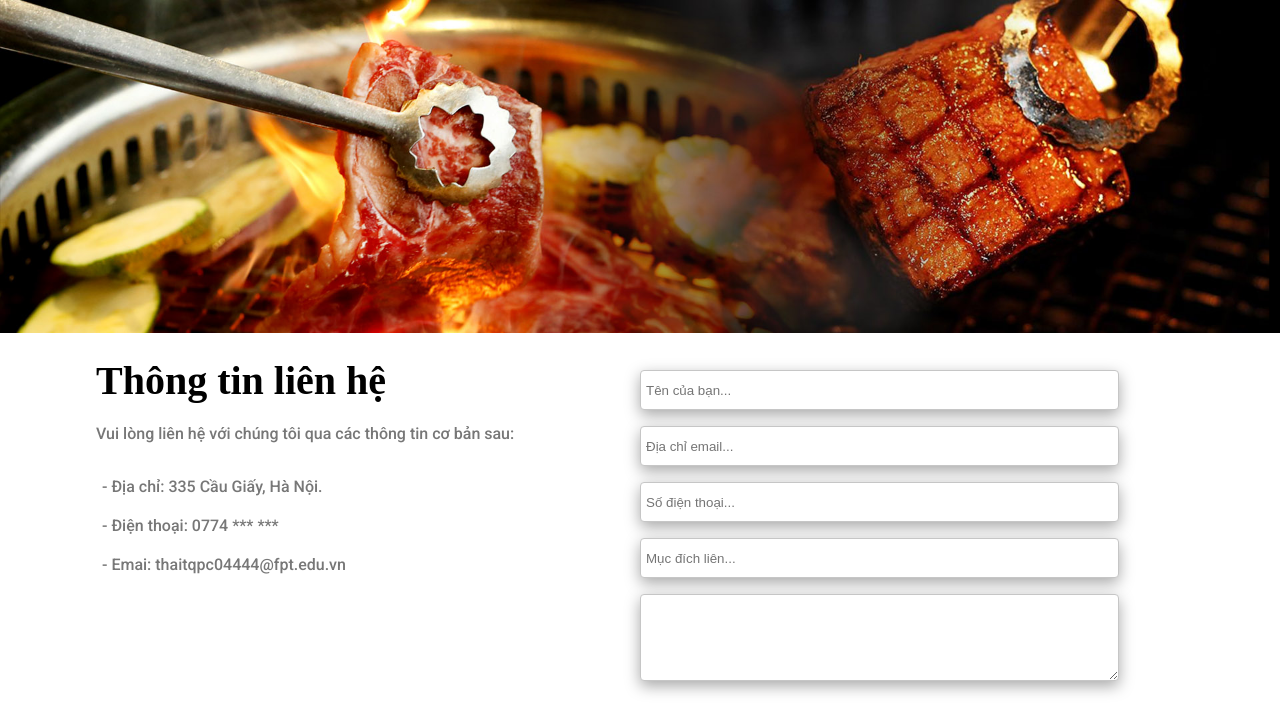
Repository: QUANGTHAI2003/sunhomesbbq
Page: LienHe.html
These files come from the project's save history. The page is drawn as it stood at one moment and after the next save; the edit follows.
The browser window is 1280 px wide. The pictures show the whole page.
The pointer rests on the first visible `.enter-info textarea`.
Some web fonts or font styles are not loaded; a fallback is used.

Above is the page before, as saved 2022-02-14 15:37:25.

### LienHe.html
<!DOCTYPE html>
<html lang="en">
<head>
    <meta charset="UTF-8">
    <meta http-equiv="X-UA-Compatible" content="IE=edge">
    <meta name="viewport" content="width=device-width, initial-scale=1.0">
    <link rel="stylesheet" href="style.css">
    <link href='https://unpkg.com/boxicons@2.1.1/css/boxicons.min.css' rel='stylesheet'>
    <link href="https://fonts.googleapis.com/css2?family=Roboto:wght@300;500;700&display=swap" rel="stylesheet">
    <link href="https://fonts.googleapis.com/css2?family=Berkshire+Swash&display=swap" rel="stylesheet">
    <title>Document</title>
</head>
<body>
    <img src="img/banner.jpg" width="100%" top="0" alt="">
    <div class="wrapper">
        <div class="LH">
            <div class="info-LH">
                <h3 class="heading-LH">Thông tin liên hệ</h3>
                <p>Vui lòng liên hệ với chúng tôi qua các thông tin cơ bản sau:</p>
                <ul>
                    <li>- Địa chỉ: 335 Cầu Giấy, Hà Nội.</li>
                    <li>- Điện thoại: 0774 *** ***</li>
                    <li>- Emai: thaitqpc04444@fpt.edu.vn</li>
                </ul>
            </div>
            <div class="enter-info">
                <input type="text" placeholder="Tên của bạn...">
                <input type="email" placeholder="Địa chỉ email...">
                <input type="tel" pattern="0[0-9]{9}" maxlength="10" required placeholder="Số điện thoại...">
                <input type="text" placeholder="Mục đích liên...">
                <textarea rows="5" cols="75"></textarea>
            </div>
        </div>
    </div>
</body>
</html>

### style.css
* {
    margin: 0;
    padding: 0;
    box-sizing: border-box;
}

html {
    scroll-behavior: smooth;
    font-family: 'Roboto', sans-serif;
}
.container {
    overflow: hidden;
}

.header {
    height: 100px;
    background-color: #000;
    position: fixed;
    top: 0;
    right: 0;
    left: 0;
}

.header img {
    padding: 8px;
    width: 350px;
}
/* Navigation bar */

.nav {
    max-width: 85%;
    display: flex;
    flex-wrap: wrap;
}

#logo {
    float: left;
    padding: 0 100px;
}

@media screen and (max-width: 1400px) {
    #logo {
        padding: 6px 50px;
    }
    .header img {
        width: 300px;
    }
    .nav a {
        font-size: 14px;
    }
}

.nav > ul {
    flex-wrap: wrap;
}

.nav li {
    list-style: none;
    line-height: 100px;
    font-weight: 500;
}

.nav li a {
    color: #c6c6c6;
    padding: 6px 15px;
    text-decoration: none;
}
.nav li a:active,
.nav li a:hover {
    color: #f3e385;
    font-weight: bold;
}
.nav li:active a {
    color: #f3e385;
    font-weight: bold;
}

.nav li:last-child a {
    border: 1px solid #c6c6c6;
    border-radius: 5px;
    text-transform: none;
}

.nav li:last-child a:hover {
    background-color: #f3e385;
    color: #000;
}
/* Content */
.content {
    height: 100vh;
}

.section-heading {
    font-family: 'Berkshire Swash', cursive;
    font-size: 30px;
    letter-spacing: 2px;
    word-spacing: 8px;
}

.content-section-sunhomes {
    display: flex;
    max-width: 85%;
    background-size: cover;
    background-position: 50% 50%;
    margin: 0 auto;
    padding: 24px;
}

.section-left-sunhomes {
    padding: 0 15px 30px;
    width: 50%;
}

.section-left-sunhomes .section-heading {
    font-size: 50px;
    margin: 0 0 15px;
}

.section-left-sunhomes .section-content {
    font-size: 16px;
    margin: 0 0 20px;
    line-height: 1.4;
    color: #777777;
}

.section-left-sunhomes .section-content span {
    font-weight: 700;
}
.section-images-sunhomes {
    flex-basis: 50%;
}

.section-images-sunhomes img {
    width: 300px;
    height: 400px;
    flex-basis: 50%;
    padding: 15px;
}

@media screen and (max-width: 1480px) {
    .section-images-sunhomes img {
        width: 280px;
    }
}

@media screen and (max-width: 1400px) {
    .section-images-sunhomes img {
        width: 250px;
    }
}

@media screen and (max-width: 1280px) {
    .section-images-sunhomes img {
        width: 200px;
    }
}

.img-1 {
    display: inline-block;
    overflow: hidden;
    position: relative;
}

.img-1 img {
    transition: all 0.5s ease-in-out;
}

.img-1:hover img {
    -webkit-transform: scale(1.1);
    transform: scale(1.1);
}

.img-2 {
    display: inline-block;
    overflow: hidden;
    position: relative;
}

.img-2 img {
    transition: all 0.5s ease-in-out;
}

.img-2:hover img {
    -webkit-transform: scale(1.1);
    transform: scale(1.1);
}

.content-section-menu {
    display: flex;
    max-width: 85%;
    background-size: cover;
    background-position: 50% 50%;
    margin: 0 auto;
    padding: 24px;
}
.section-images-menu {
    display: flex;
}

.section-right-menu {
    flex: 1;
    padding: 30px 30px;
}

.section-right-menu .section-heading {
    color: #c0c0c0;
    font-size: 50px;
    margin: 0 15px;
}

.section-right-menu .section-content {
    font-size: 16px;
    margin: 0 20px;
    line-height: 1.4;
    color: #777777;
}

.section-right-menu .section-content span {
    font-weight: 700;
}
.section-images-menu {
    flex: 1;
}

.img-3 {
    filter: grayscale(100%);
}

.img-3:hover {
    filter: grayscale(0%);
    transition: 0.8s;
}

.img-4 {
    filter: grayscale(100%);
}

.img-4:hover {
    filter: grayscale(0%);
    transition: 0.8s;
}

.img-5 {
    filter: grayscale(100%);
}

.img-5:hover {
    filter: grayscale(0%);
    transition: 0.8s;
}

.img-6 {
    filter: grayscale(100%);
}

.img-6:hover {
    filter: grayscale(0%);
    transition: 0.8s;
}

.section-images-menu img {
    width: 280px;
    height: 200px;
    flex-basis: 25%;
    padding: 15px;
}

.bg-menu {
    background-color: #000;
    height: 480px;
}

.btn-menu {
    display: inline-block;
    color: #c0c0c0;
    font-size: 18px;
    padding: 10px 20px;
    border: 1px solid #c6c6c6;
    border-radius: 5px;
    text-transform: none;
    margin: 12px 20px;
}

.btn-menu:hover {
    color: #555;
    background: #ccc;
    font-weight: bold;
}

.btn-menu .icon-menu {
    color: #c0c0c0;
    font-size: 16px;
}

.btn-menu:hover .icon-menu {
    color: #555;
    background: #ccc;
    font-weight: bold;
}

.icon-menu:hover {
    color: #ccc;
    background: #000;
}

.btn-res {
    display: inline-block;
    color: #727272;
    font-size: 18px;
    padding: 10px 20px;
    border: 1px solid #727272;
    border-radius: 5px;
    text-transform: none;
    font-weight: bold;
}

.btn-res:hover {
    color: #ccc;
    background: #555;
    font-weight: bold;
}

.btn-res .icon-menu {
    color: #000;
    font-size: 16px;
}

/* Footer */
.footer {
    background: #000;
    font-size: 14px;
    line-height: 1.4;
}

.copyright {
    display: flex;
    max-width: 80%;
    margin: 0 auto;
    justify-content: space-between;
    color: #ffffff80;
    padding: 1px;
    bottom: 0;
    top: 0;
}

.sign-now {
    background: url(./img/banner.jpg);
    background-color: rgba(0, 0, 0, 0.84);
    width: 100%;
    height: 100px;
    background-size: 100%;
}

.endow {
    max-width: 80%;
    margin: 0 auto;
    opacity: 1;
}

.sign-now span {
    color: black;
    line-height: 100px;
    margin: 0 20px;
    font-size: 18px;
    font-weight: 500;
}

.sign-now .endow #Email {
    width: 360px;
    height: 40px;
    border-radius: 20px;
    padding: 0 15px;
    margin: 0 5px 0 120px;
    background: rgba(204, 204, 204, 0.4);
    outline: none;
}

.sign-now .endow #Email::placeholder {
    color: #fff;
    font-size: 18px;
}

.sign-now .endow #sign {
    width: 150px;
    height: 40px;
    border-radius: 8px;
    background: #f3e385;
}

.sign-now .endow #sign::placeholder {
    color: #000;
    font-size: 18px;
    font-weight: bold;
}

.sign-now .endow #sign:hover {
    opacity: 0.8;
}

@media screen and (max-width: 1400px) {
    .sign-now span {
        font-size: 16px;
    }

    .sign-now .endow #Email {
        margin: 0 5px 0 60px;
        width: 200px;
    }

    .sign-now .endow #sign {
        width: 120px;
    }
}

.brand {
    display: flex;
    height: 100px;
    justify-content: space-between;
    align-items: center;
    margin: 0 auto;
    max-width: 85%;
}

.brand img {
    width: 8%;
    height: 50px;
}

.brand1 {
    filter: grayscale(100%);
}

.brand1:hover {
    filter: grayscale(0%);
    transition: 0.8s;
}

.brand2 {
    filter: grayscale(100%);
}

.brand2:hover {
    filter: grayscale(0%);
    transition: 0.8s;
}

.brand3 {
    filter: grayscale(100%);
}

.brand3:hover {
    filter: grayscale(0%);
    transition: 0.8s;
}

.brand4 {
    filter: grayscale(100%);
}

.brand4:hover {
    filter: grayscale(0%);
    transition: 0.8s;
}

.brand5 {
    filter: grayscale(100%);
}

.brand5:hover {
    filter: grayscale(0%);
    transition: 0.8s;
}

.brand6 {
    filter: grayscale(100%);
}

.brand6:hover {
    filter: grayscale(0%);
    transition: 0.8s;
}

.brand7 {
    filter: grayscale(100%);
}

.brand7:hover {
    filter: grayscale(0%);
    transition: 0.8s;
}

.brand8 {
    filter: grayscale(100%);
}

.brand8:hover {
    filter: grayscale(0%);
    transition: 0.8s;
}

.brand9 {
    filter: grayscale(100%);
}

.brand9:hover {
    filter: grayscale(0%);
    transition: 0.8s;
}

.brand10 {
    filter: grayscale(100%);
}

.brand10:hover {
    filter: grayscale(0%);
    transition: 0.8s;
}

#myBtn {
    position: fixed;
    bottom: 30px;
    right: 10px;
    float: right;
    right: 5%;
    left: 95%;
    max-width: 30px;
    width: 80px;
    height: 30px;
    font-size: 20px;
    border-color: rgba(85, 85, 85, 0.2);
    background-color: rgb(100, 100, 100);
    padding: 1px;
    border-radius: 60px;
}

.arrow {
    font-size: 20px;
    padding: 1px 0;
}

#myBtn:hover {
    opacity: 0.8;
}

/* Gioi Thieu */
.wrapper {
    display: flex;
    max-width: 85%;
    margin: 0 auto;
}

.heading-GT {
    display: inline-block;
    font-size: 24px;
    padding: 10px 90px;
    font-weight: bold;
}

.para-GT {
    line-height: 1.4;
    margin: 20px 0;
    color: #777777;
}

.Gioi-Thieu1,
.Gioi-Thieu2 {
    width: 600px;
    margin: 30px 30px;
}

.Gioi-Thieu1 img,
.Gioi-Thieu2 img {
    width: 600px;
}

@media screen and (max-width: 1400px) {
    .Gioi-Thieu1,
    .Gioi-Thieu2 {
        width: 500px;
        margin: 30px 15px;
    }

    .Gioi-Thieu1 img,
    .Gioi-Thieu2 img {
        width: 500px;
    }

    .heading-GT {
        display: inline-block;
        font-size: 20px;
        padding: 10px 70px;
        font-weight: bold;
    }
}

/* Dat Ban */

.DB {
    display: flex;
}

.set-table {
    margin: 30px 12px;
    flex: 1;
}

.set-table p {
    margin: 16px 0;
}

.set-table ul {
    list-style: none;
    margin-bottom: 80px;
}

.set-table ul li {
    margin: 8px 0;
    padding: 6px;
    border-bottom: 1px solid rgba(0, 0, 0, 0.4);
    color: #777777;
    font-size: 16px;
}

.set-table ul li .arrow-right {
    margin-right: 6px;
}

.heading-DB {
    font-size: 40px;
    font-family: 'Berkshire Swash';
}

.set-table-info {
    margin: 25px 12px 15px;
    flex: 1;
}

.set-table-info input {
    border: 1px solid #c6c6c6;
    display: inline-block;
    width: 90%;
    height: 40px;
    margin: 8px 0;
    border-radius: 4px;
    padding: 0 5px;
    outline: none;
    box-shadow: rgba(0, 0, 0, 0.35) 0px 5px 15px;
}

.set-table-info input:focus {
    box-shadow: inset rgba(0, 0, 0, 0.35) 0px 5px 15px;
}

.wrapper .set-table-info #sign {
    width: 140px;
    background-color: #f3e385;
    font-size: 16px;
}

.wrapper .set-table-info #sign:hover {
    box-shadow: inset rgba(0, 0, 0, 0.35) 0px 5px 15px;
    opacity: 0.8;
    cursor: pointer;
    font-weight: bold;
}

/* Thuc don */

.heading-menu {
    display: inline-block;
    position: relative;
    left: 50%;
    transform: translateX(-50%);
    font-size: 36px;
    font-weight: bold;
    padding: 24px;
}

.heading-food {
    margin: 10px 12px;
    font-size: 26px;
    font-weight: bold;
}

.contain {
    width: 85%;
    margin: 0 auto;
    padding: 40px;
    border: 1px solid #c6c6c6;
}

.menu-foods {
    display: flex;
    flex-wrap: wrap;
}

.menu-food {
    width: 360px;
    height: 200px;
    margin: 0 20px 520px 20px;
}

.menu-food .food {
    width: 380px;
    border-radius: 4px;
}

.list-food ul {
    list-style: none;
}

.list-food ul li {
    font-size: 18px;
    border-bottom: 1px solid rgba(148, 134, 134, 0.26);
    padding: 5px 0;
}

.list-food ul li .bx-check {
    margin: 0 8px;
    color: rgba(16, 134, 5, 0.6);
    font-weight: bold;
    font-size: 24px;
}

/* Tuyen dung */

.TD {
    display: flex;
    margin-bottom: 10px;
}

.heading-recruit {
    font-size: 40px;
    font-weight: bold;
    font-family: 'Berkshire Swash';
    padding-top: 20px;
}

.recruit {
    flex: 1;
    margin-right: 30px;
    display: inline-block;
}

.recruit p {
    padding-top: 20px;
    color: #777777;
}

.recruit ul {
    padding-top: 20px;
    list-style: none;
}

.recruit ul li {
    padding: 6px;
    margin: 8px 0;
    border-bottom: 1px solid rgba(0, 0, 0, 0.4);
    font-size: 16px;
    color: #777777;
}

.recruit ul li .bx-check {
    margin: 0 8px;
    color: rgba(16, 134, 5, 0.6);
    font-weight: bold;
    font-size: 24px;
}

.recruit p a {
    color: #334862;
    text-decoration: none;
}

.recruit p a:hover {
    color: #000;
}

.img-TD {
    margin-left: 30px;
    flex: 1;
}

.img-TD img {
    width: 100%;
    height: 70%;
    margin: 16px 8px;
    padding-top: 30px;
}

/* Lien he */

.LH {
    display: flex;
}

.info-LH {
    flex: 1;
}
.heading-LH {
    font-size: 40px;
    font-weight: bold;
    font-family: 'Berkshire Swash';
    padding-top: 20px;
}
.info-LH p {
    padding-top: 20px;
    color: #777777;
}

.info-LH ul {
    padding-top: 20px;
    list-style: none;
}

.info-LH ul li {
    padding: 6px;
    margin: 8px 0;
    font-size: 16px;
    color: #777777;
}
.enter-info {
    flex: 1;
    margin: 25px 12px 15px;
}

.enter-info input {
    border: 1px solid #c6c6c6;
    display: inline-block;
    width: 90%;
    height: 40px;
    margin: 8px 0;
    border-radius: 4px;
    padding: 0 5px;
    outline: none;
    box-shadow: rgba(0, 0, 0, 0.35) 0px 5px 15px;
}

.enter-info input:hover {
    box-shadow: inset rgba(0, 0, 0, 0.35) 0px 5px 15px;
}

.enter-info textarea {
    border: 1px solid #c6c6c6;
    display: inline-block;
    width: 90%;
    margin: 8px 0;
    border-radius: 4px;
    padding: 5px;
    outline: none;
    box-shadow: rgba(0, 0, 0, 0.35) 0px 5px 15px;
}

After the next save:
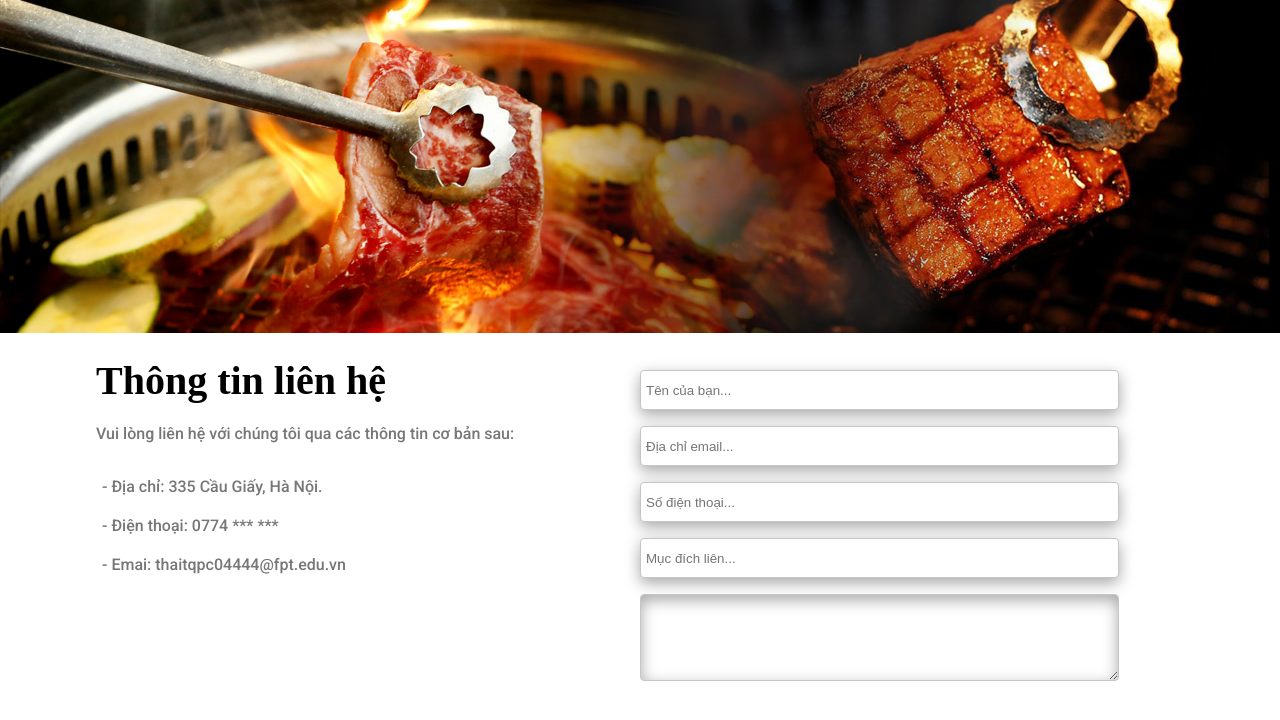
Saved 28 s later.
--- a/style.css
+++ b/style.css
@@ -850,3 +850,7 @@
     outline: none;
     box-shadow: rgba(0, 0, 0, 0.35) 0px 5px 15px;
 }
+
+.enter-info textarea:hover {
+    box-shadow: inset rgba(0, 0, 0, 0.35) 0px 5px 15px;
+}
